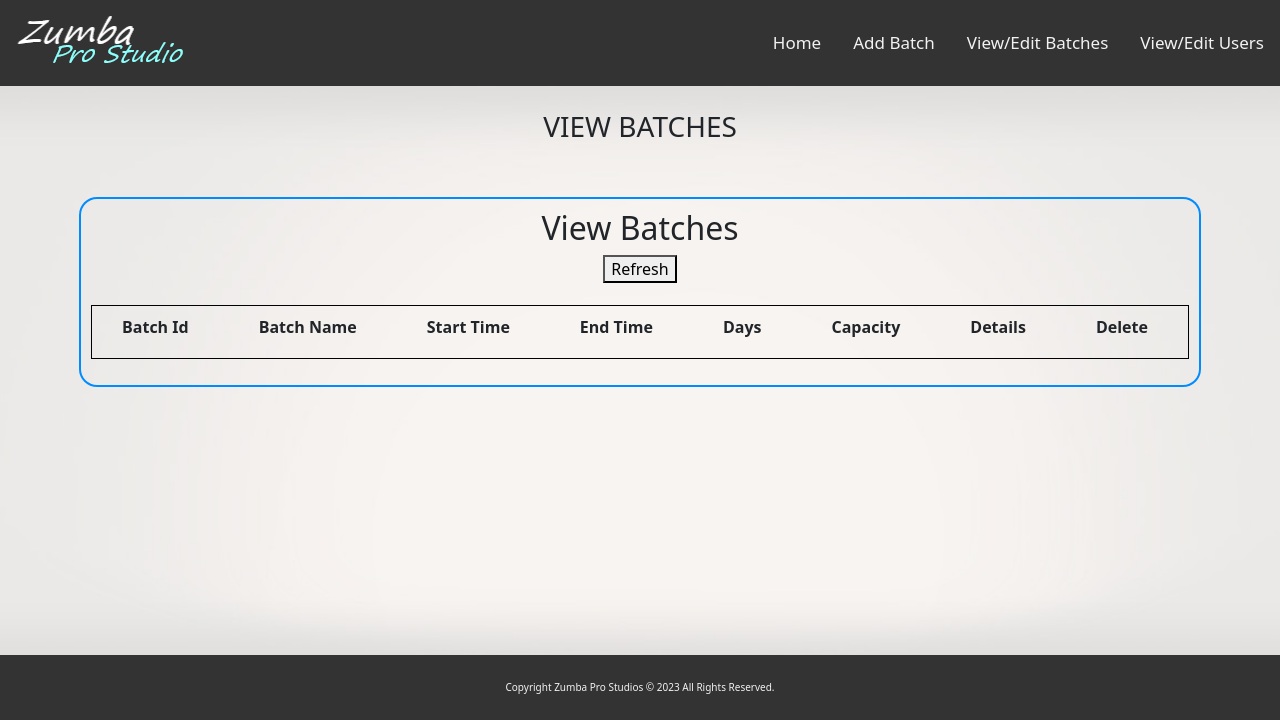
Repository: basemsamuel/Zumba
Page: http://localhost/ZumbaProStudio/admin.jsp
The author's editor kept a copy of each file at every save. The page is drawn from the files as they stood at one save, then again after the next save.
The browser window is 1280 px wide. The pictures show the whole page.
The page is served by Tomcat 10.

Above is the page before, as saved 2023-07-31 15:05:01.

After the next save:
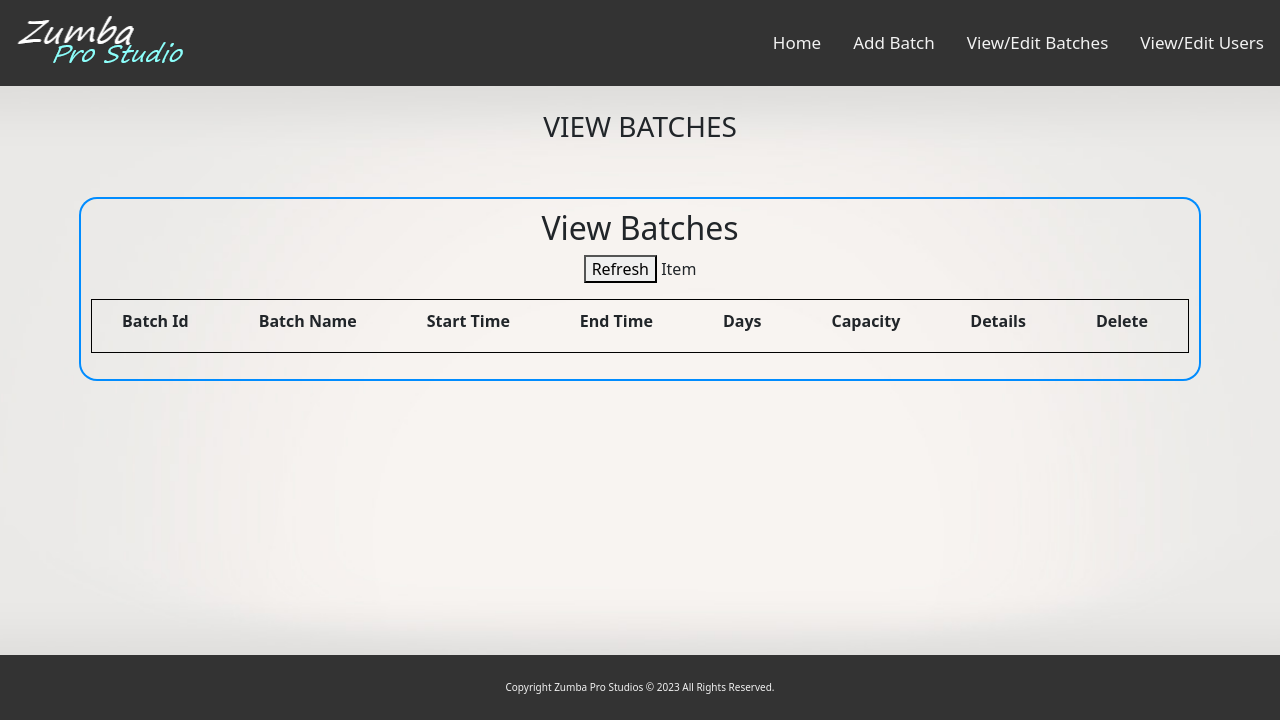
Saved 84 s later.
--- a/ZumbaProStudio/src/main/webapp/admin.jsp
+++ b/ZumbaProStudio/src/main/webapp/admin.jsp
@@ -25,14 +25,9 @@
 							    	<th>Details</th>
 							    	<th>Delete</th>
 						    	</tr>
-								<jsp:scriptlet>
-								String[] var = new String[]{"Number 1" , "Number 2", "Number 3", "Number 4", "Number 5", "Number 6", "Number 7"};
-								pageContext.setAttribute("variables", var);
-								</jsp:scriptlet>
-								<%-- JSP foreach tag --%>
-								<c:forEach var="var" items="${pageScope.variables}">
-								<c:out value="${var}"/> <br> <br>
-								</c:forEach>
+								<c:forEach var = "i" begin = "1" end = "5">
+						        	Item <c:out value = "${i}"/><p>
+						      	</c:forEach>
 						    </table>
 						</form>
 					</div>
